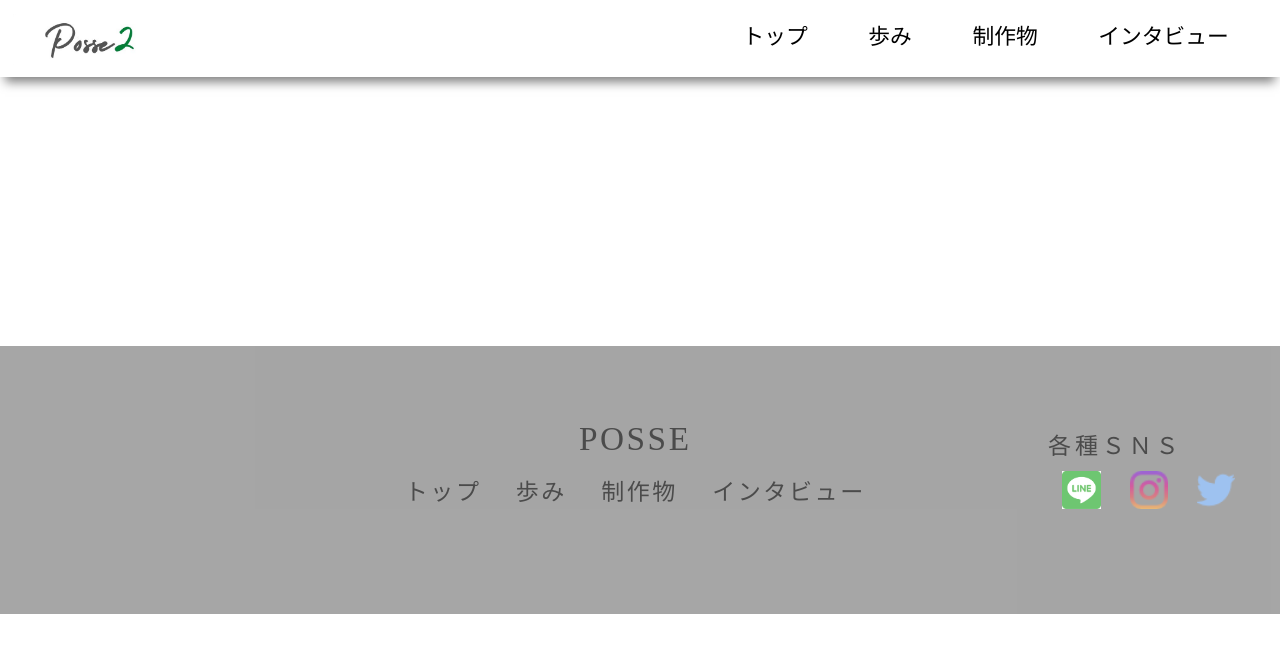
Repository: posse-ap/posse2-hackathon-202202-team2A
Page: topPage/index.html
An editor plug-in stored every save of this project. The page is shown before and after a run of saves, followed by the edit.
The browser window is 1280 px wide. The pictures show the whole page.

Above is the page before, as saved 2022-02-15 02:42:22.

After the next 2 saves:
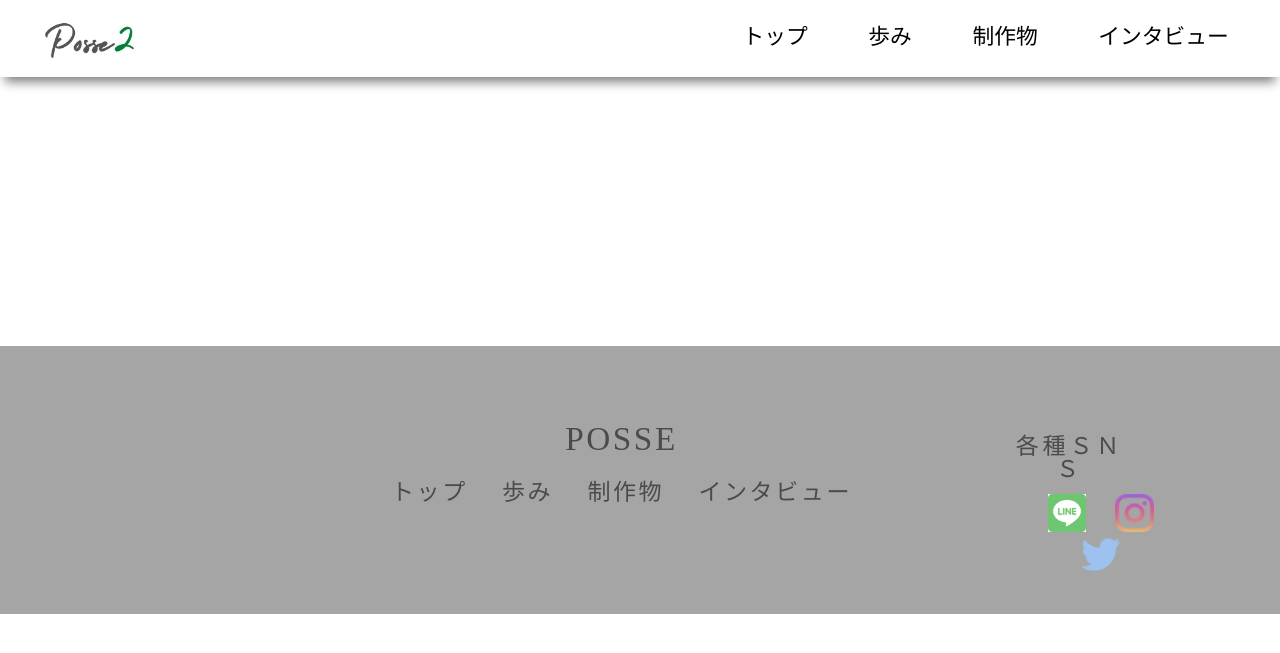
The 2 saves are shown as one change because they came seconds apart.
The last was saved 42 s later.
--- a/topPage/style.css
+++ b/topPage/style.css
@@ -343,7 +343,7 @@ h3 {
 }
 
 .footer_box {
-    width: 75%;
+    width: 70%;
     height: 15rem;
     display: flex;
     justify-content: space-around;
